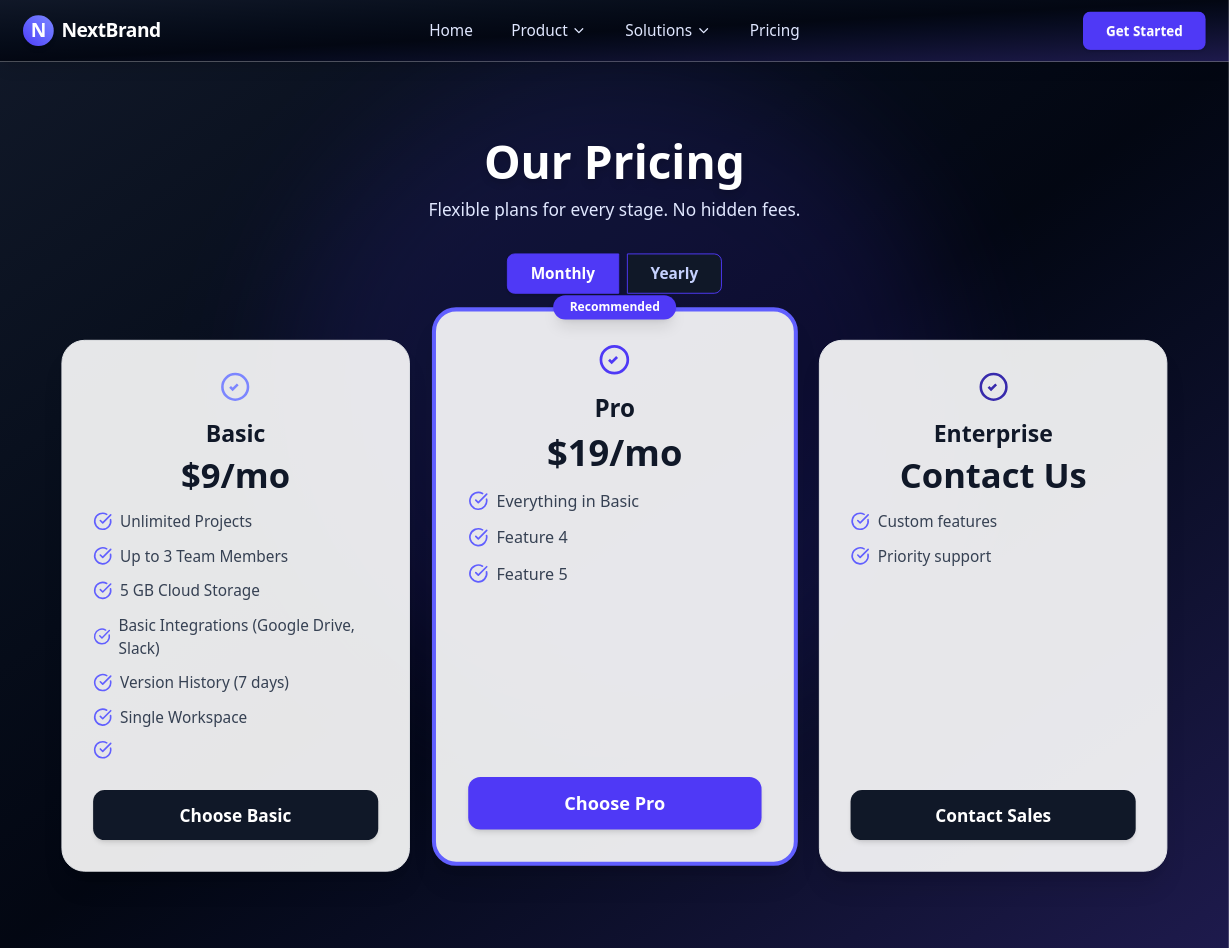
Repository: Chiranshukapil/Next_Brand
Page: /pricing
The author's editor kept a copy of each file at every save. The page is drawn from the files as they stood at one save, then again after the next save.
The browser window is 1280 px wide. The pictures show the whole page, at 96% of full size.
The project was rebuilt for these pictures with package versions that can differ from the ones it lists, and the page was loaded fresh each time. Also part of the build but not shown: vite.config.js.

Above is the page before, as saved 2025-06-18 11:58:54.

After the next save:
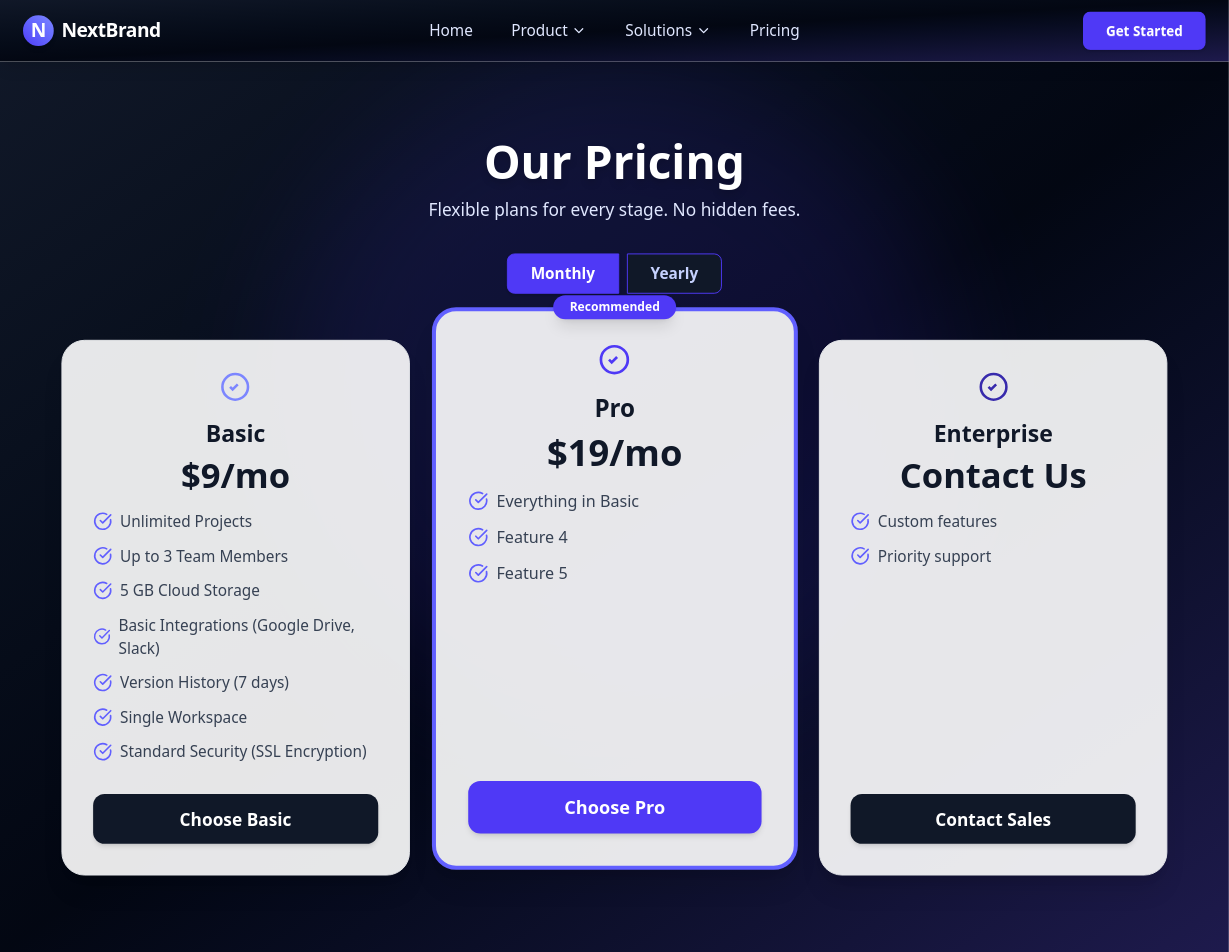
Saved 5 s later.
--- a/src/Components/PricingSection.jsx
+++ b/src/Components/PricingSection.jsx
@@ -8,7 +8,7 @@ const plans = [
     monthly: 9,
     yearly: 90,
     features: ["Unlimited Projects", "Up to 3 Team Members", "5 GB Cloud Storage", "Basic Integrations (Google Drive, Slack)",
-        "Version History (7 days)", "Single Workspace", ""
+        "Version History (7 days)", "Single Workspace", "Standard Security (SSL Encryption)"
     ],
     recommended: false,
   },
